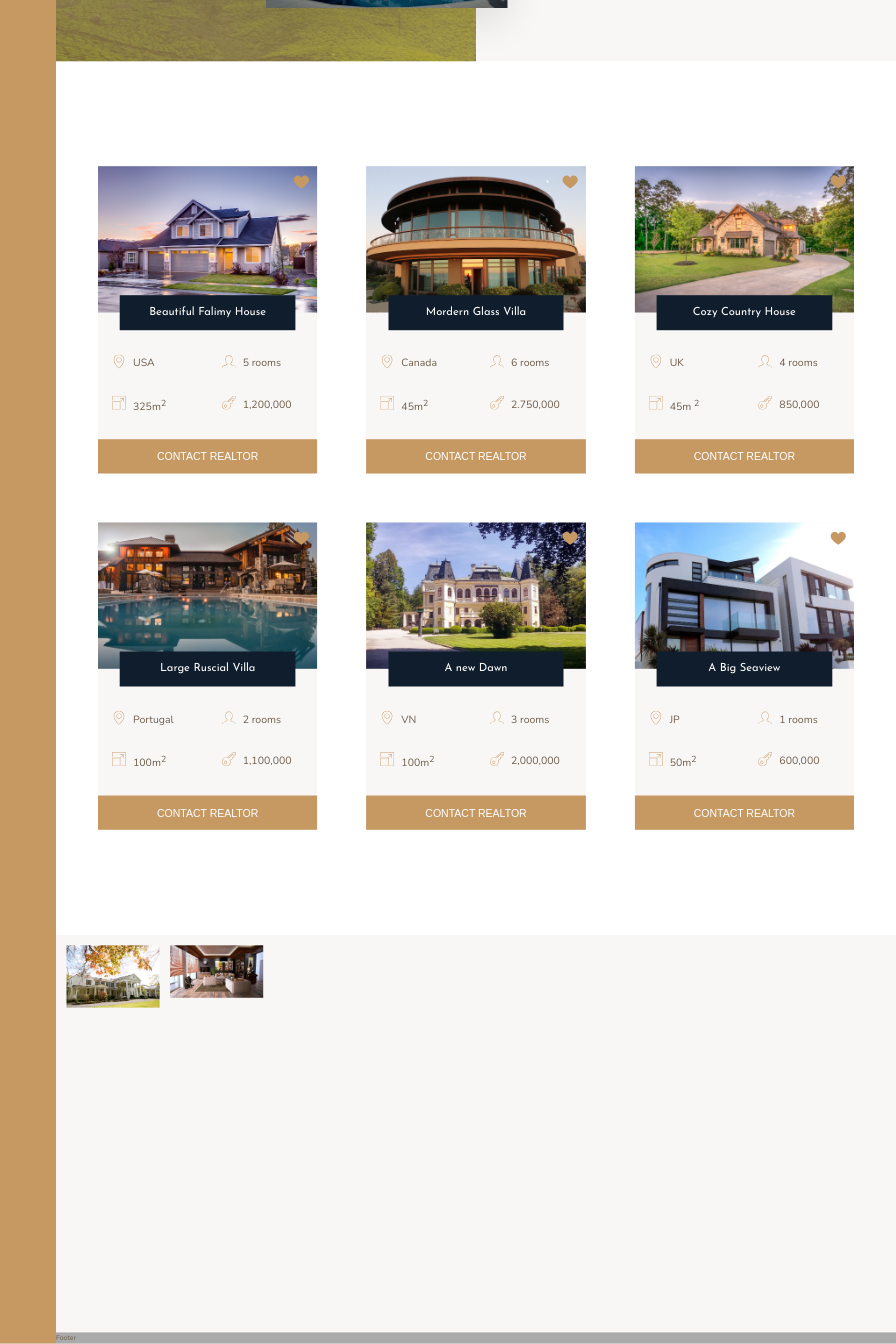
Repository: m2pd/your-home
Page: index.html
An editor plug-in stored every save of this project. The page is shown before and after the next save, followed by the edit.
The browser window is 1280 px wide. The pictures show the part of the page from y = 1668 to 3588 px (the page is 3588 px tall), at 70% of full size.
The style sheet was rebuilt from its Sass, Less or Tailwind sources for each picture, by a compiler version that may differ from the author's.

Above is the page before, as saved 2020-03-05 17:26:30.

After the next save:
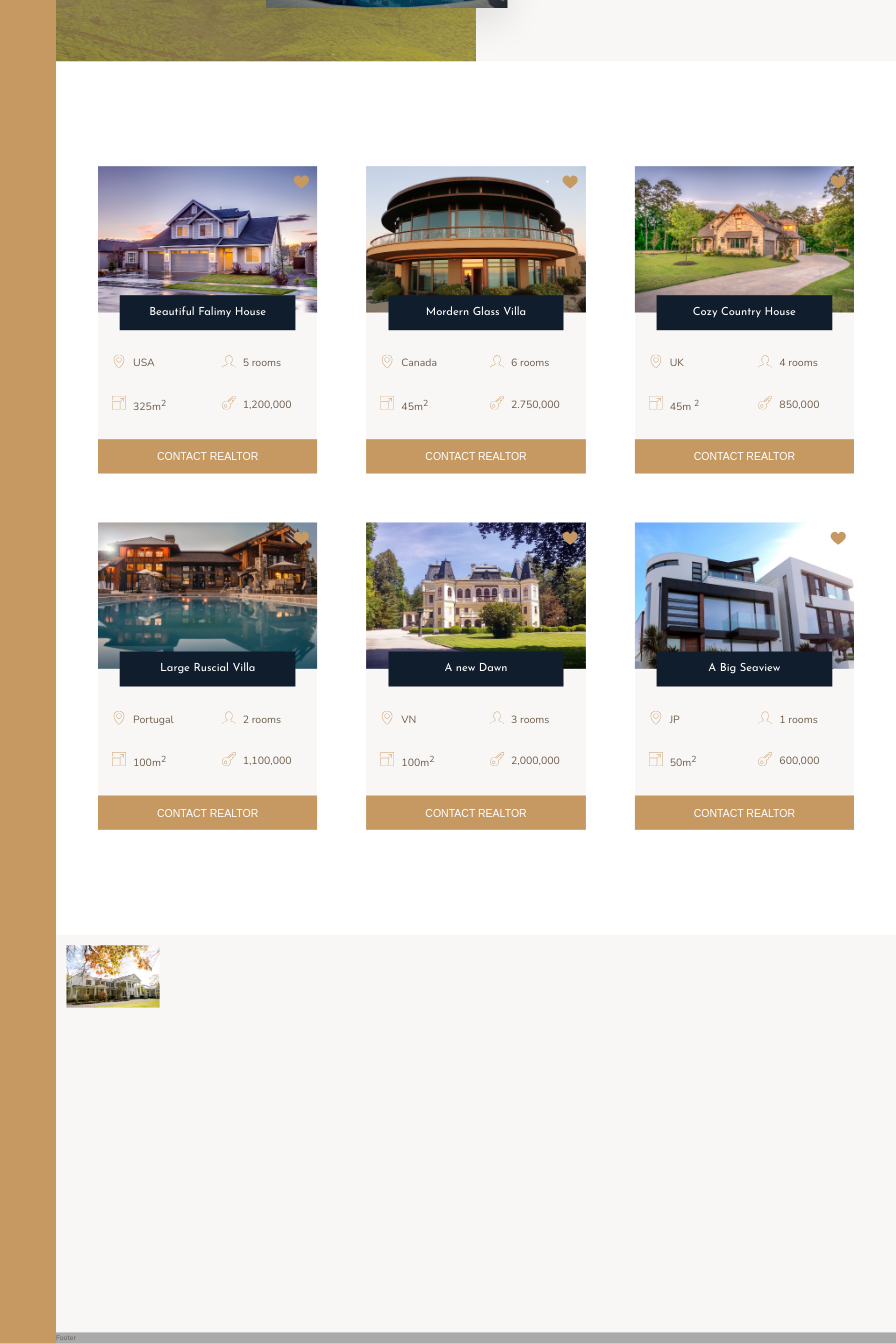
Saved 3 min 17 s later.
--- a/index.html
+++ b/index.html
@@ -302,8 +302,10 @@
         </section>
 
         <section class="gallery">
-            <img src="img/gal-1.jpeg" alt="Gallery Image 1" class="gallery__img">
-            <img src="img/gal-2.jpeg" alt="Gallery Image 2" class="gallery__img">
+            <figure class="gallery__item gallery__item--1">
+                <img src="img/gal-1.jpeg" alt="Gallery Image 1" class="gallery__img">
+            </figure>
+            <!-- <img src="img/gal-2.jpeg" alt="Gallery Image 2" class="gallery__img"> -->
         </section>
 
         <footer class="footer">
